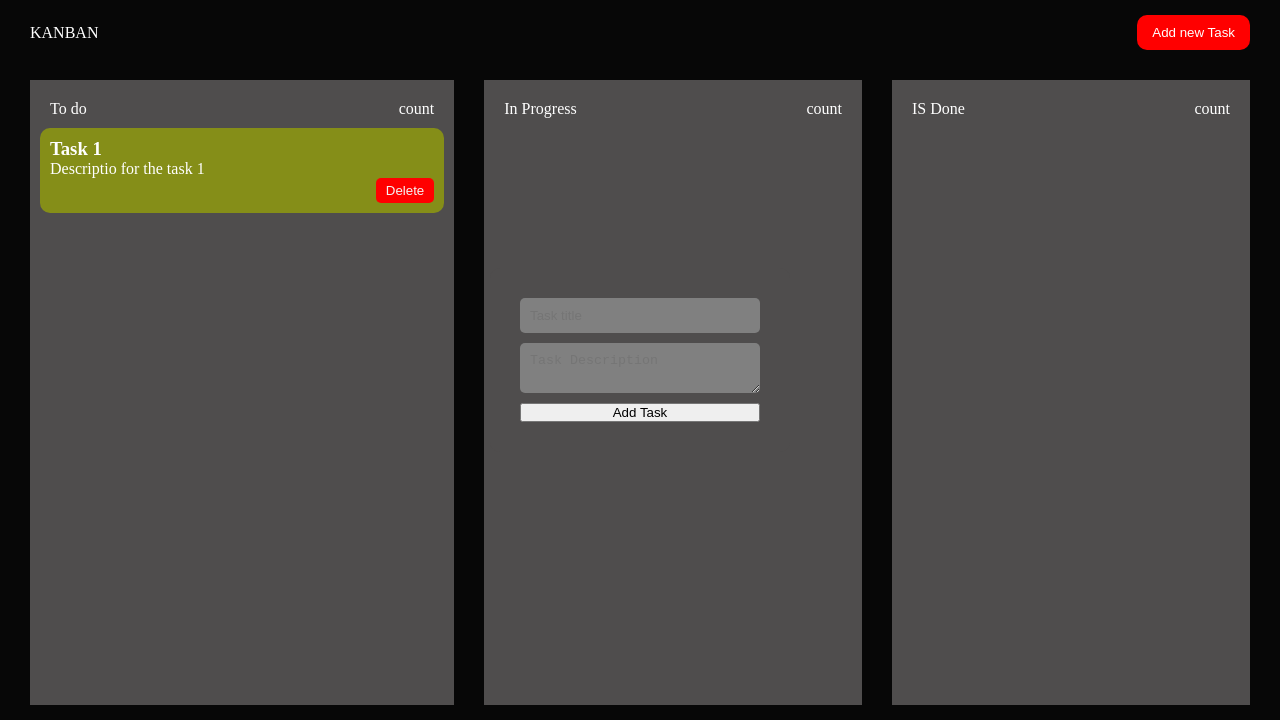
Repository: Sandeepji-5/Kanban-board
Page: index.html
These files come from the project's save history. The page is drawn as it stood at one moment and after the next save; the edit follows.
The browser window is 1280 px wide. The pictures show the whole page.

Above is the page before, as saved 2025-12-09 15:10:58.

After the next save:
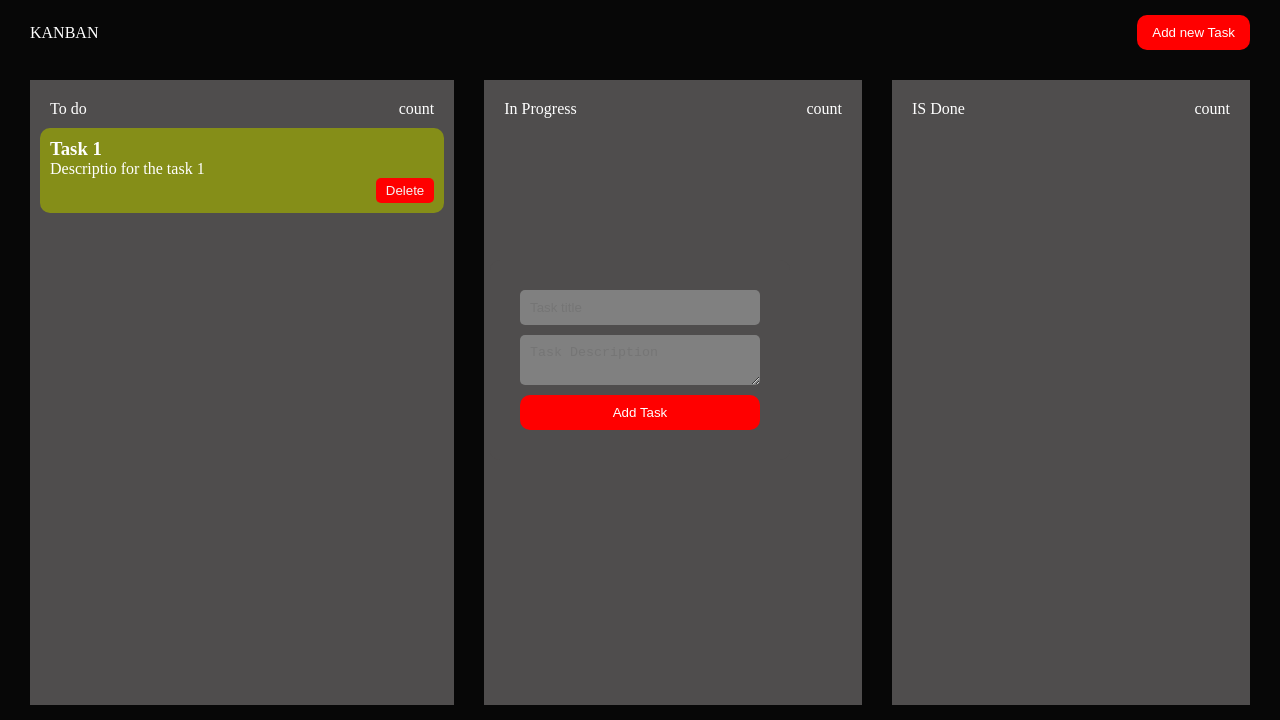
Saved 2 min 5 s later.
--- a/style.css
+++ b/style.css
@@ -172,3 +172,14 @@ section .task-column .task button{
     outline: none;
 
 }
+
+.modal .center button{
+    background-color: red;
+    color: white;
+    border: none;
+    outline: none;
+    padding: var(  --padding-m) var(  --padding-l);
+    cursor: pointer;
+    border-radius:var(--border-radius-m) ;
+
+}
